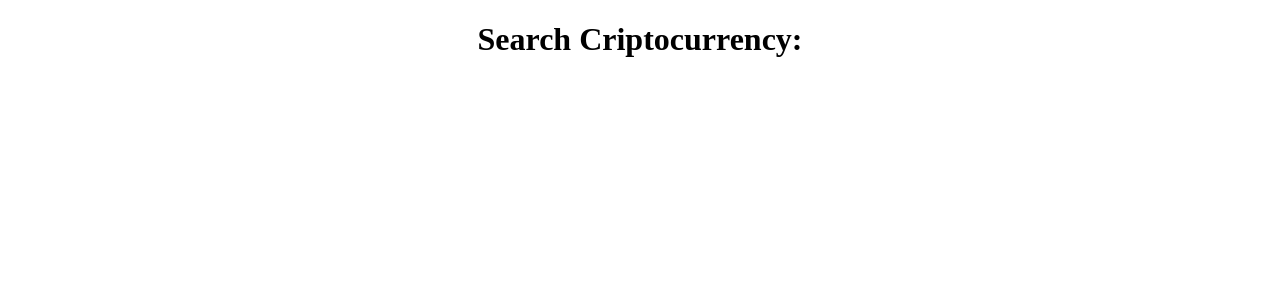
Repository: alejandroacd/cryptocurrency-market
Page: /
An editor plug-in stored every save of this project. The page is shown before and after the next save, followed by the edit.
The browser window is 1280 px wide. The pictures show the whole page.
The page's requests for data from a server got no answer. The project was rebuilt for these pictures with package versions that can differ from the ones it lists, and the page was loaded fresh each time. No one was signed in, and anything a server would have sent is missing.

Above is the page before, as saved 2021-06-29 12:02:25.

After the next save:
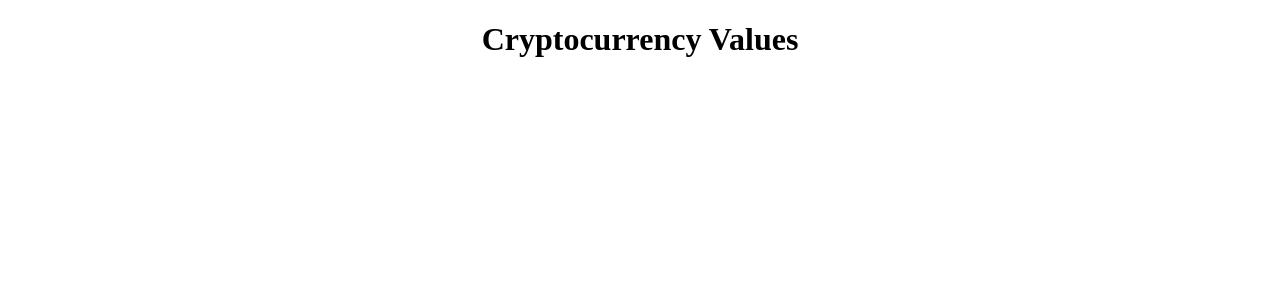
Saved 3 min 1 s later.
--- a/src/App.js
+++ b/src/App.js
@@ -21,7 +21,7 @@ function App() {
 
   return (
     <div className="App">
-      <h1>Search Criptocurrency:</h1>
+      <h1>Cryptocurrency Values</h1>
 
     </div>
   );
